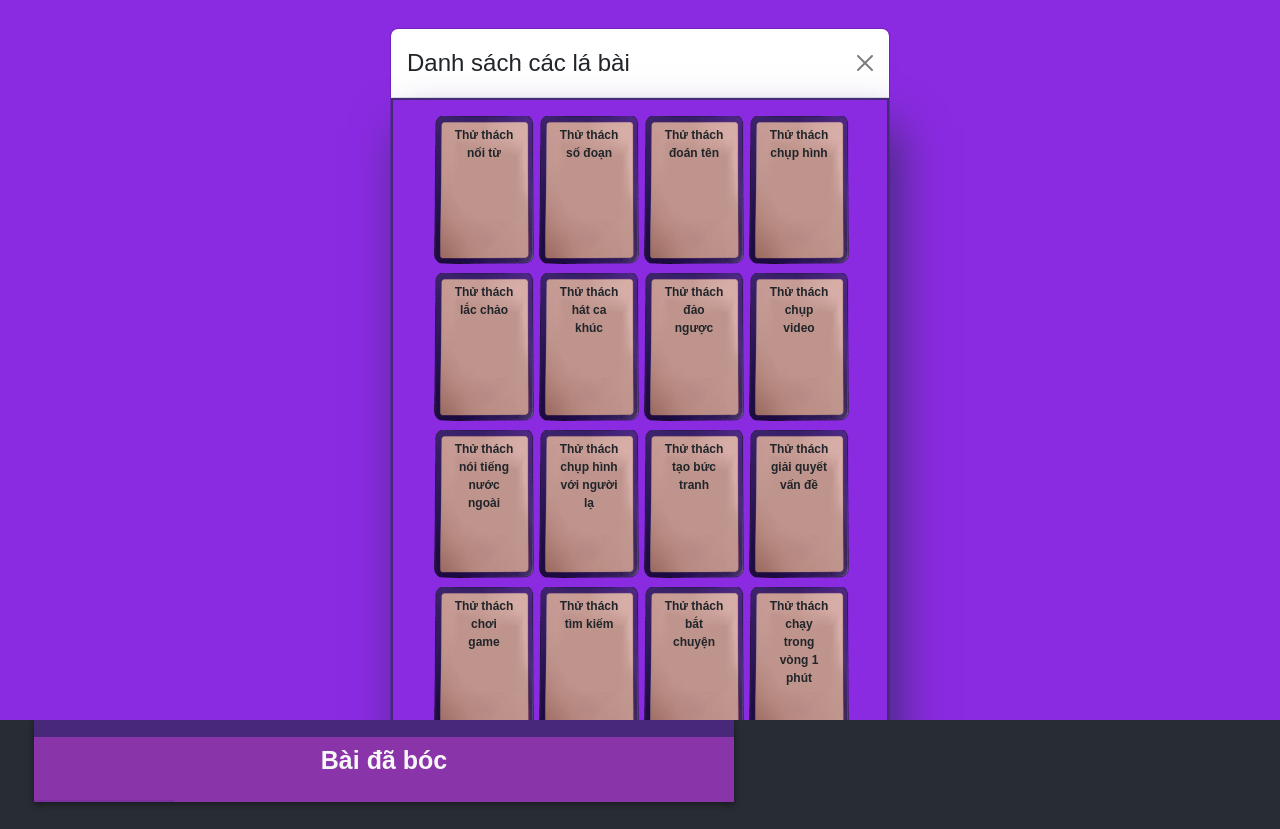
Repository: hivongseth2/drinkGame1
Page: / (app in my-app/)
These files come from the project's save history. The page is drawn as it stood at one moment and after the next save; the edit follows.
The browser window is 1280 px wide. The pictures show the whole page.
An inner scrolling area shows only its first screen. The project was rebuilt for these pictures with package versions that can differ from the ones it lists, and the page was loaded fresh each time. Also part of the build but not shown: my-app/src/views/GameMain.js.

Above is the page before, as saved 2023-01-19 16:15:44.

After the next save:
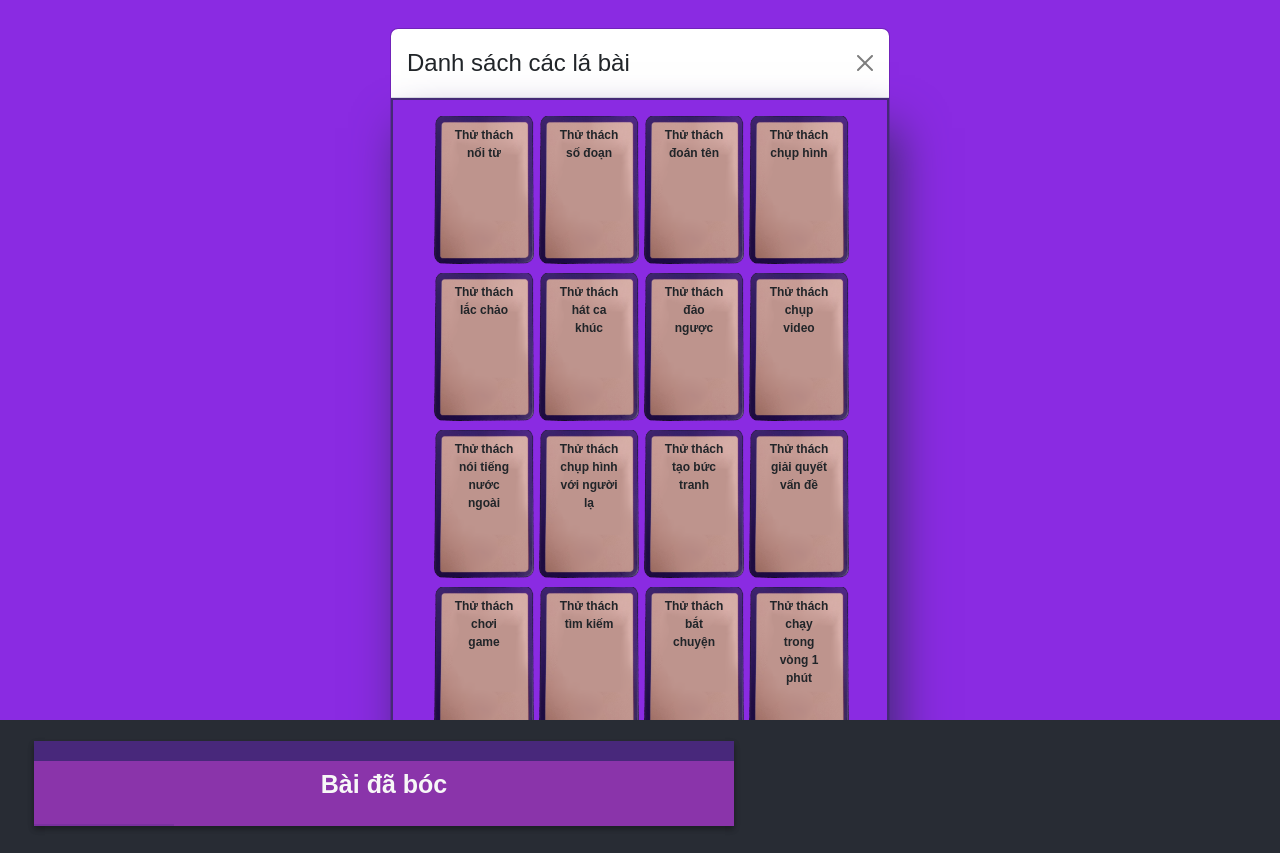
Saved 46 s later.
--- a/my-app/src/styles/ListPush.scss
+++ b/my-app/src/styles/ListPush.scss
@@ -1,10 +1,12 @@
 $pri: #dd71b7;
 $sec: #a136c4d0;
 $dark-pri: #48287B;
+
 * {
   box-sizing: border-radius;
   font-family: 'Rubik', sans-serif;
 }
+
 .container {
   border: 1px solid black;
   border-radius: 2%;
@@ -12,26 +14,27 @@ $dark-pri: #48287B;
   left: 500px;
   color: #ffffff;
   position: absolute;
-//   top: 0; right: 0px; bottom: 0; left: 0;
-//   margin: auto;
+  //   top: 0; right: 0px; bottom: 0; left: 0;
+  //   margin: auto;
   margin-top: -225%;
   display: grid;
   place-items: center;
   background-color: $pri;
   margin-top: -700px;
-//   height: 80;
+  //   height: 80;
 }
 
 .items {
   width: 700px;
   background: $sec;
-  box-shadow: 0 3px 6px rgba(black,0.16), 0 3px 6px rgba(black,0.23);
+  box-shadow: 0 3px 6px rgba(black, 0.16), 0 3px 6px rgba(black, 0.23);
   border-top: 20px solid $dark-pri;
+  margin-top: 24px;
 }
 
-.items-head p{
+.items-head p {
   padding: 5px 3px;
-//   margin: 10px;
+  //   margin: 10px;
   color: #f7f7f7;
   font-weight: bold;
   font-size: 25px;
@@ -39,12 +42,12 @@ $dark-pri: #48287B;
 
 .items-head hr {
   width: 20%;
-//   margin: 0px 30px;
+  //   margin: 0px 30px;
   border: 1px solid $dark-pri;
 }
 
 .items-body {
-//   padding: 10px;
+  //   padding: 10px;
   margin: 10px;
   display: grid;
   grid-gap: 10px;
@@ -77,9 +80,12 @@ $dark-pri: #48287B;
 }
 
 @keyframes icon {
-  0%,100%{
+
+  0%,
+  100% {
     transform: translate(0px);
   }
+
   50% {
     transform: translate(3px);
   }
